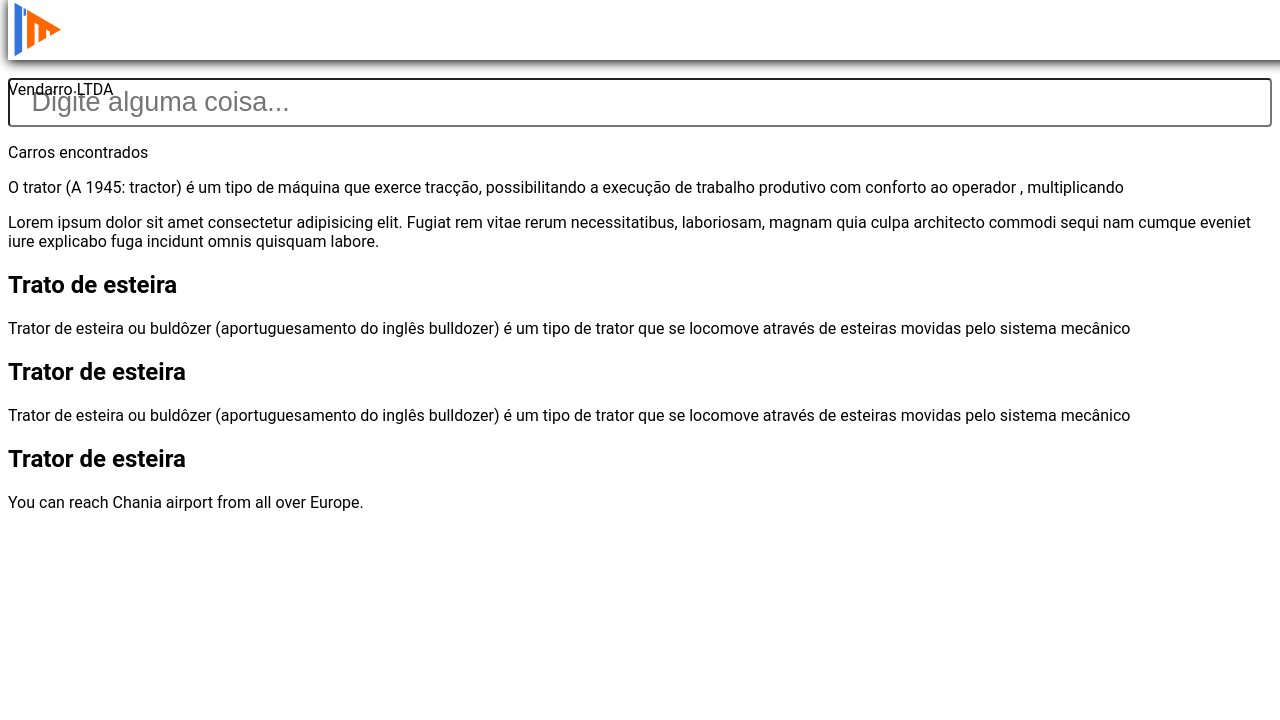
Repository: ecrseer/pesquisa-carros-html
Page: index.html
The author's editor kept a copy of each file at every save. The page is drawn from the files as they stood at one save, then again after the next save.
The browser window is 1280 px wide. The pictures show the whole page.

Above is the page before, as saved 2022-01-21 16:40:31.

### index.html
<!doctype html>

<html lang="pt-br">
  <html lang="pt-br">
    <head>
        <meta charset="UTF-8"/>
        <meta name="viewport" content="width=device-width,
        initial-scale=1.0"/>
        <meta http-equiv="X-UA-Compatible" content="ie=edge">
        <title>Vendarro LTDA</title>

  <link rel="stylesheet" href="index.css">

</head>

<body>
    <nav class="header">
      <img src="./imgs/logo.png" alt="">
      <p>Vendarro LTDA</p>

      </nav>
      <div class="">
        <div class="espaco"></div>
        <div class="row">
               <input type="text" class="maxwidth borda-redonda"
               placeholder="Digite alguma coisa...">
        </div>


        <div class="row">
          <p>Carros encontrados</p>
          <p>O trator (A 1945: tractor) é um tipo de máquina que exerce tracção,
             possibilitando a execução de trabalho produtivo com conforto ao operador
             , multiplicando </p>
             <p>Lorem ipsum dolor sit amet consectetur adipisicing elit. Fugiat rem vitae rerum necessitatibus, laboriosam, magnam quia culpa architecto commodi sequi nam cumque eveniet iure explicabo fuga incidunt omnis quisquam labore.</p>
        </div>

        <div class="col-3 col-s-12">
          <div class="aside">
            <h2>Trato de esteira</h2>
            <p>Trator de esteira ou buldôzer (aportuguesamento do inglês bulldozer) é um tipo de trator que se locomove através de esteiras movidas pelo sistema mecânico</p>
            <h2>Trator de esteira</h2>
            <p>Trator de esteira ou buldôzer (aportuguesamento do inglês bulldozer) é um tipo de trator que se locomove através de esteiras movidas pelo sistema mecânico</p>
            <h2>Trator de esteira</h2>
            <p>You can reach Chania airport from all over Europe.</p>

          </div>
        </div>


      </div>

  <script src="scripts.js"></script>

</body>
</html>

### index.css
* {
    box-sizing: border-box;
    --topbar-altura:60px;
  }

  html {
    font-family: "Roboto","Lucida Sans", sans-serif;
  }
  .espaco{
    height: calc(var(--topbar-altura) + 10px);
  }
  .maxwidth{
    width: 100%;
  }
  .borda-redonda{
    border-radius: 4px;
  }
  input{
    padding: 1vh;
    padding-left: 3vh;
    font-size: 27px;
  }

  .header {
    position: fixed;
    top:0;
    width: 100%;
    max-height: var(--topbar-altura);
    box-shadow: 1px 1px 11px 1px;
  }

### scripts.js
function recurs(nmbr){

    if (nmbr==1)
    return 1;
    else
    arr.push(3*recurs(nmbr-1));
}

let
    isWhite = false,
    arr=[];
    let
    fixo=new Array(5);

    fixo[0]='E';
    fixo[4]='S';
    console.log(fixo);


function changeTheme(){
    isWhite ? document.querySelector("body").style.backgroundColor='#010101' :
    document.querySelector("body").style.backgroundColor='#fff';

    isWhite= !isWhite;

    function hapn(){
        console.log('data');
    }

    console.log(arr);
}

After the next save:
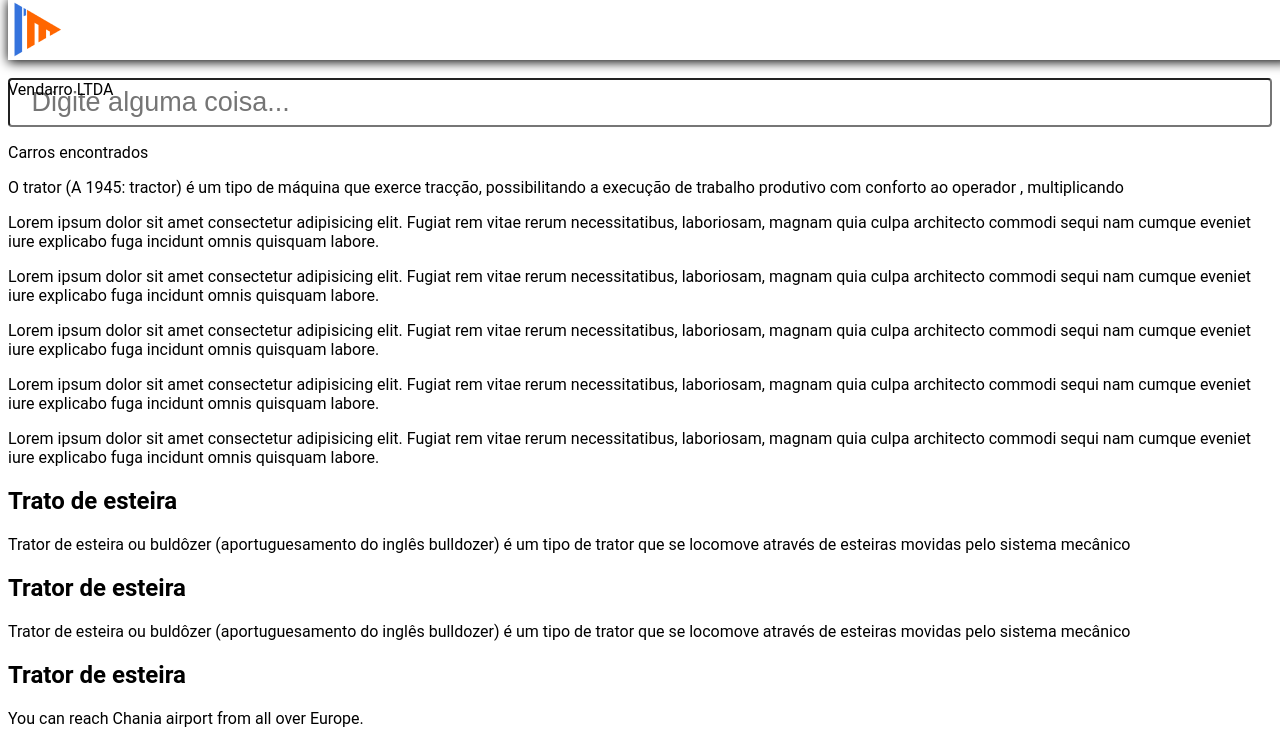
Saved 11 s later.
--- a/index.html
+++ b/index.html
@@ -33,6 +33,10 @@
              possibilitando a execução de trabalho produtivo com conforto ao operador
              , multiplicando </p>
              <p>Lorem ipsum dolor sit amet consectetur adipisicing elit. Fugiat rem vitae rerum necessitatibus, laboriosam, magnam quia culpa architecto commodi sequi nam cumque eveniet iure explicabo fuga incidunt omnis quisquam labore.</p>
+             <p>Lorem ipsum dolor sit amet consectetur adipisicing elit. Fugiat rem vitae rerum necessitatibus, laboriosam, magnam quia culpa architecto commodi sequi nam cumque eveniet iure explicabo fuga incidunt omnis quisquam labore.</p>
+             <p>Lorem ipsum dolor sit amet consectetur adipisicing elit. Fugiat rem vitae rerum necessitatibus, laboriosam, magnam quia culpa architecto commodi sequi nam cumque eveniet iure explicabo fuga incidunt omnis quisquam labore.</p>
+             <p>Lorem ipsum dolor sit amet consectetur adipisicing elit. Fugiat rem vitae rerum necessitatibus, laboriosam, magnam quia culpa architecto commodi sequi nam cumque eveniet iure explicabo fuga incidunt omnis quisquam labore.</p>
+             <p>Lorem ipsum dolor sit amet consectetur adipisicing elit. Fugiat rem vitae rerum necessitatibus, laboriosam, magnam quia culpa architecto commodi sequi nam cumque eveniet iure explicabo fuga incidunt omnis quisquam labore.</p>
         </div>
 
         <div class="col-3 col-s-12">
